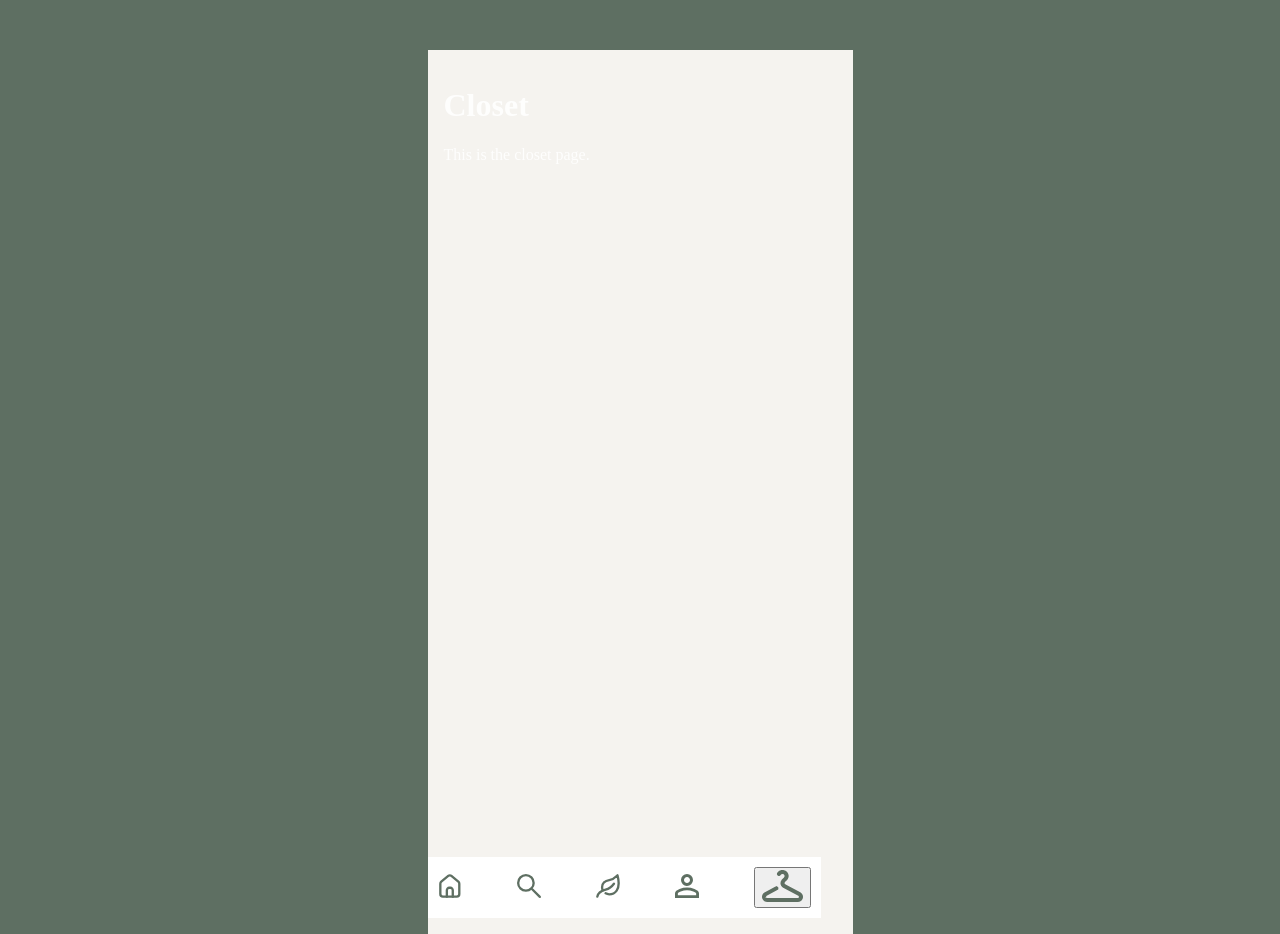
Repository: Strawb3rryjam/app-slotion
Page: /closet
These files come from the project's save history. The page is drawn as it stood at one moment and after the next save; the edit follows.
The browser window is 1280 px wide. The pictures show the whole page.
The project was rebuilt for these pictures with package versions that can differ from the ones it lists, and the page was loaded fresh each time. Also part of the build but not shown: vite.config.js, src/App.css, src/css/closetPageButton.module.css. Imported but missing from the stored project, and not drawn on this page: src/pages/Home.

Above is the page before, as saved 2025-05-07 13:08:41.

After the next save:
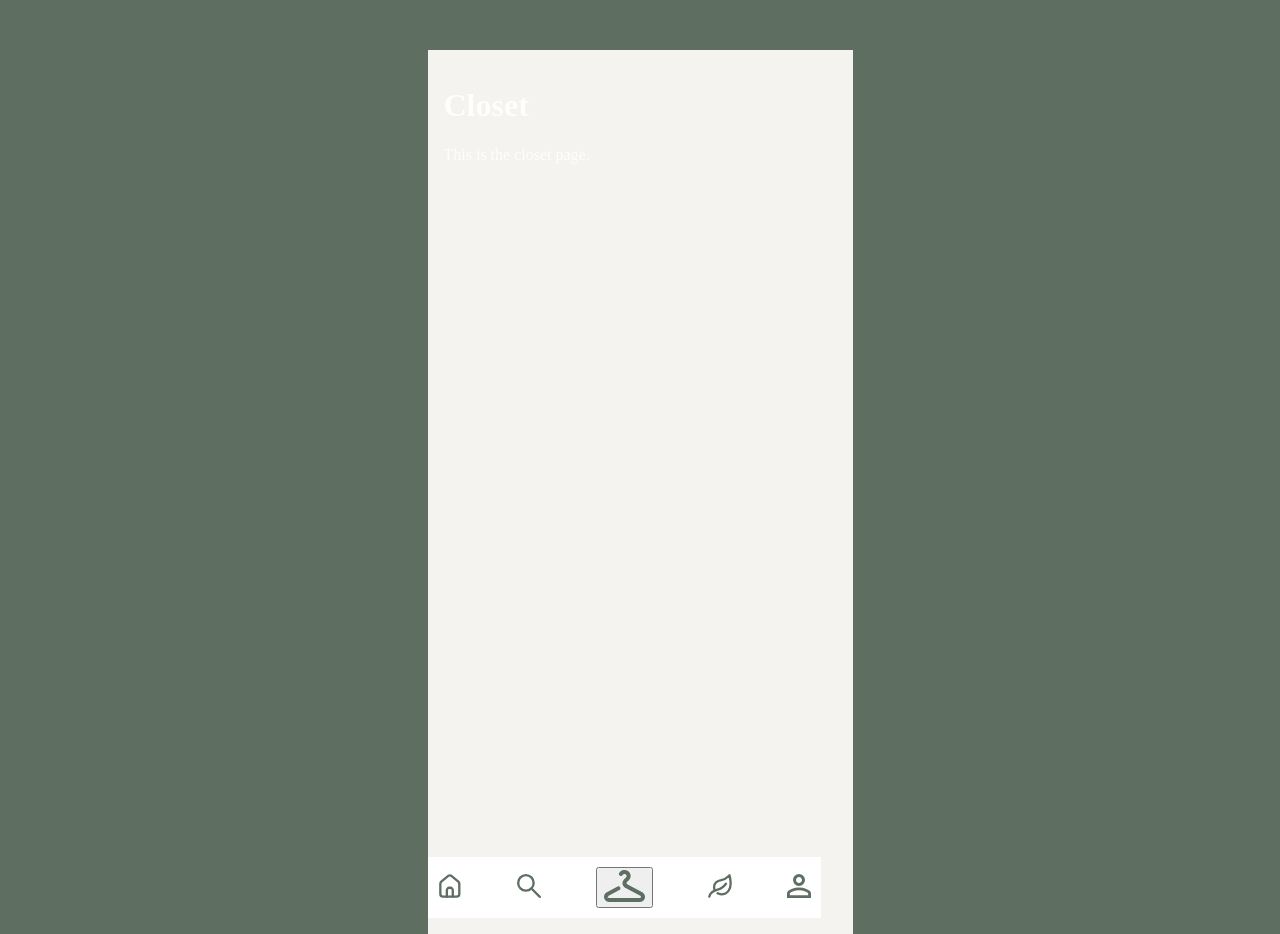
Saved 68 s later.
--- a/src/components/NavBar.jsx
+++ b/src/components/NavBar.jsx
@@ -23,6 +23,9 @@ function NavBar() {
                     <img src={searchIcon} alt="Search" className={styles["nav-icon"]} />
                 </Link>
 
+                <ClosetButton /> {/* Include the ClosetButton component here */}
+
+
                 <Link to="/Tips" className={styles.Tips}>
                     <img src={tipsIcon} alt="Tips" className={styles["nav-icon"]} />
                 </Link>
@@ -30,7 +33,6 @@ function NavBar() {
                     <img src={profileIcon} alt="Profile" className={styles["nav-icon"]} />
                 </Link>
 
-                <ClosetButton /> {/* Include the ClosetButton component here */}
             </div>
         </nav>
     );
